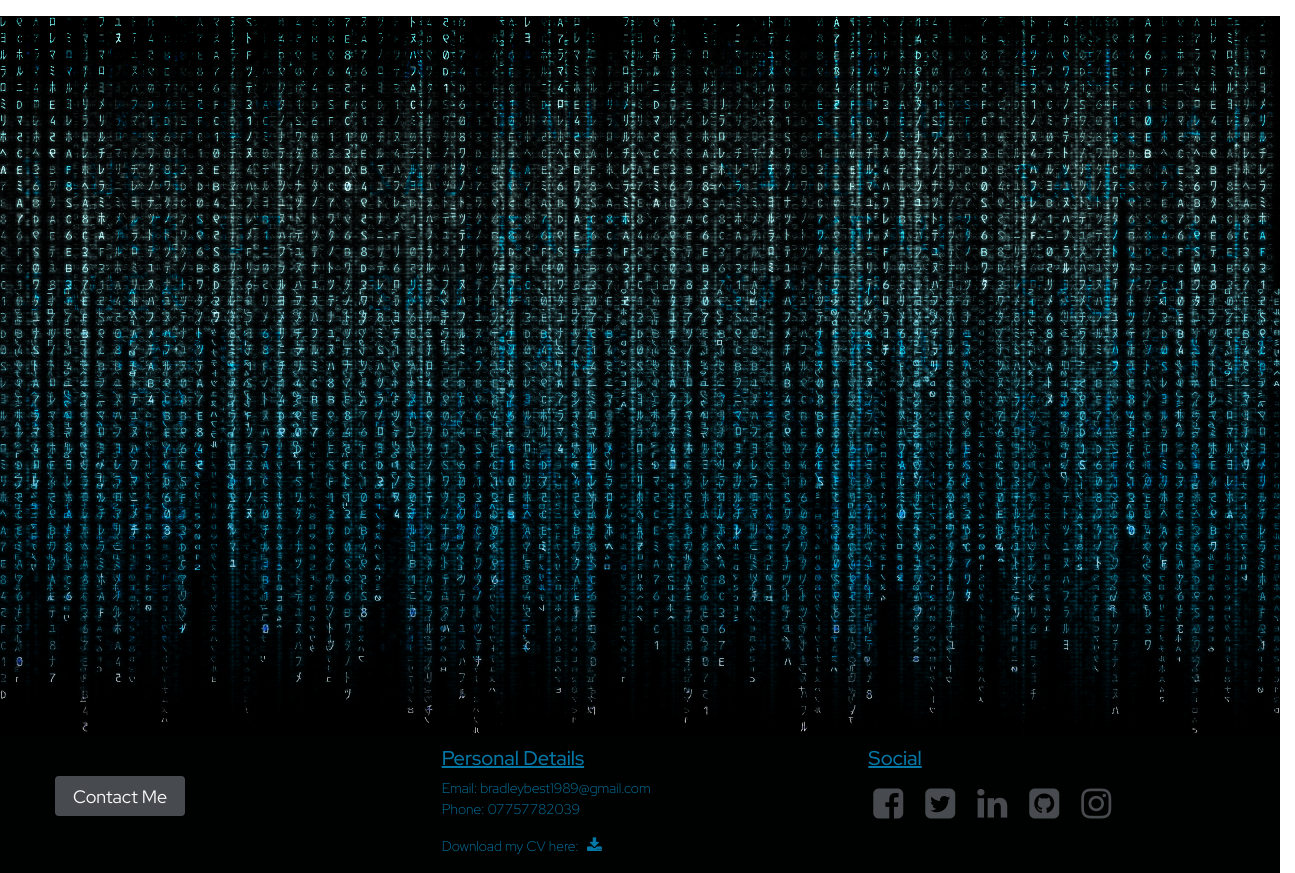
Repository: Brad000/Resume-project
Page: index.html
The author's editor kept a record of every edit. The page is drawn from the files as they stood at one moment, then again after the next edit.
The browser window is 1280 px wide. The page is 1295 px wide, so the pictures cover 1295 px, including what lies to the right of the window. The pictures show the whole page.

Above is the page before.

After the next edit:
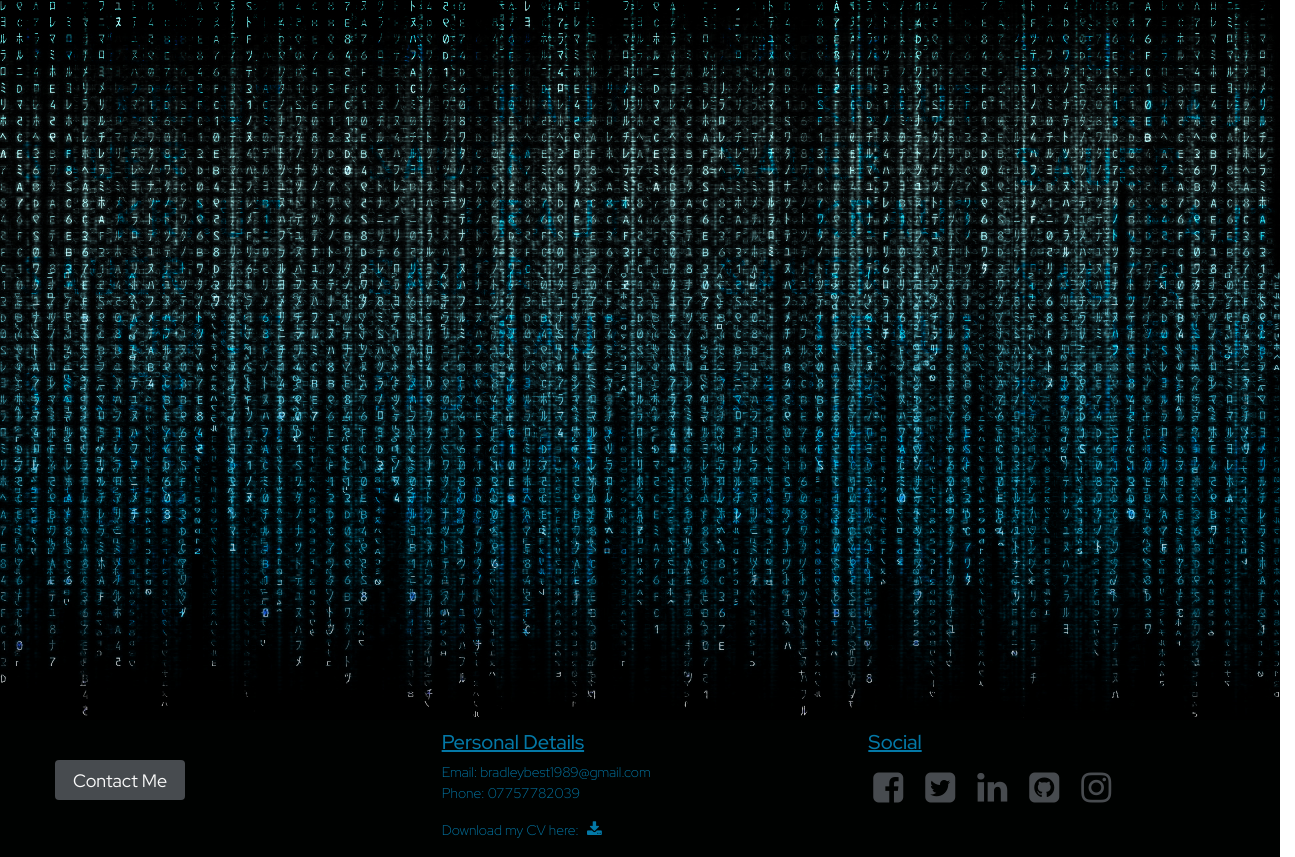
The edit:
--- a/index.html
+++ b/index.html
@@ -24,7 +24,7 @@
             <div class="col-3 work-history">
 
             </div>
-            <div class="col-3 navbar">
+            <div class="col-3 potfolio">
 
             </div>
         </div>
